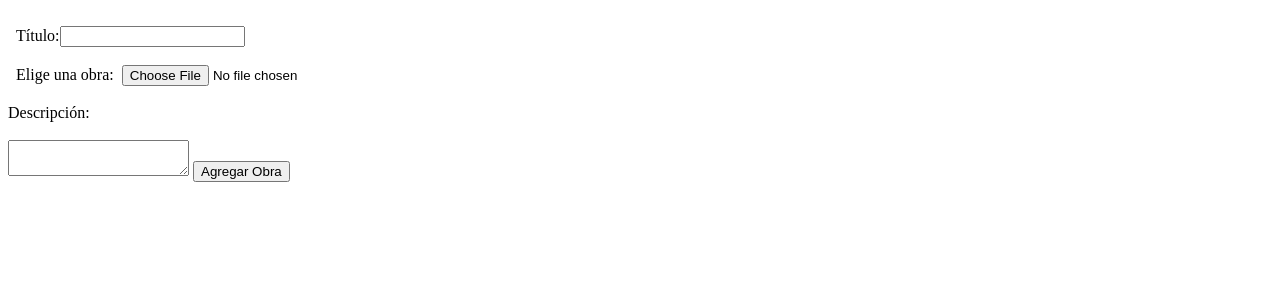
Repository: jluislechado/practicaGaleria
Page: plantillas/_insertar.html
The author's editor kept a record of every edit. The page is drawn from the files as they stood at one moment, then again after the next edit.
The browser window is 1280 px wide. The pictures show the whole page.

Above is the page before.

After the next edit:
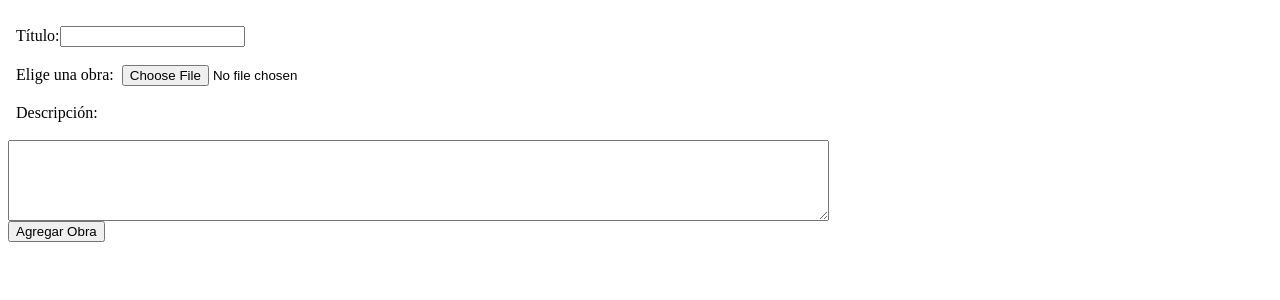
The edit:
--- a/plantillas/_insertar.html
+++ b/plantillas/_insertar.html
@@ -2,7 +2,7 @@
     </br>
     <span>&nbsp;&nbsp;Título:</span><input type="text" name="nombre"/></br></br>
     <span>&nbsp;&nbsp;Elige una obra:</span>&nbsp;&nbsp;<input type="file" name="archivo"/></br></br>
-    <span>Descripción:</span></br></br>
-    <textarea name="descripcion"></textarea>
-    <input type="submit" value="Agregar Obra"/>
+    <span>&nbsp;&nbsp;Descripción:</span></br></br>
+    <textarea name="descripcion" cols="100" rows="5"></textarea></br>
+    <input type="submit" value="Agregar Obra" id="bt"/>
 </form>
